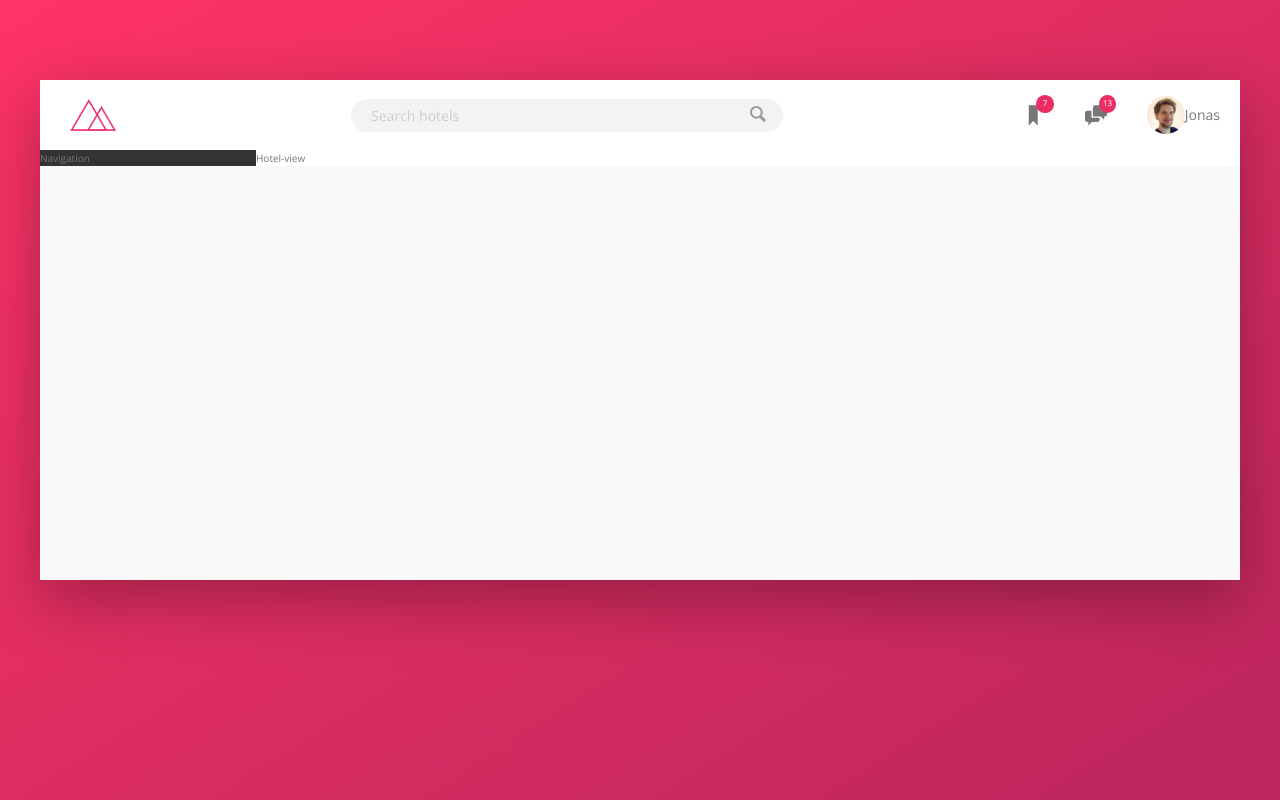
Repository: Lithium87/Trillo
Page: index.html
These files come from the project's save history. The page is drawn as it stood at one moment and after the next save; the edit follows.
The browser window is 1280 px wide. The pictures show the whole page.
The style sheet was rebuilt from its Sass, Less or Tailwind sources for each picture, by a compiler version that may differ from the author's.

Above is the page before, as saved 2020-05-15 20:51:56.

### index.html
<!DOCTYPE html>
<html lang="en">

<head>
    <meta charset="UTF-8">
    <meta name="viewport" content="width=device-width, initial-scale=1.0">

    <link href="https://fonts.googleapis.com/css?family=Open+Sans:300,400,600" rel="stylesheet">
    <link rel="stylesheet" href="css/style.css">
    <link rel="shortcut icon" type="image/png" href="img/favicon.png">

    <title>trillo &mdash; Your all-in-one booking app</title>
</head>

<body>
    <div class="container">
        <header class="header">
            <img src="img/logo.png" alt="Trillo logo" class="logo">
            <form action="#" class="search">
                <input type="text" class="search__input" placeholder="Search hotels">
                <button class="search__button">
                    <svg class="search__icon">
                        <use xlink:href="img/sprite.svg#icon-magnifying-glass"></use>
                    </svg>
                </button>
            </form>

            <nav class="user-nav">
                <div class="user-nav__icon-box">
                    <svg class="user-nav__icon">
                        <use xlink:href="img/sprite.svg#icon-bookmark"></use>
                    </svg>
                    <span class="user-nav__notification">7</span>
                </div>
                <div class="user-nav__icon-box">
                    <svg class="user-nav__icon">
                        <use xlink:href="img/sprite.svg#icon-chat"></use>
                    </svg>
                    <span class="user-nav__notification">13</span>
                </div>
                <div class="user-nav__user">
                    <img src="img/user.jpg" alt="User photo" class="user-nav__user-photo">
                    <span class="user-nav__user-name">Jonas</span>
                </div>
            </nav>
        </header>
        <div class="content">
            <nav class="sidebar">
                Navigation
            </nav>
            <main class="hotel-view">
                Hotel-view
            </main>
        </div>
    </div>
</body>

</html>

### sass/_base.scss
:root {
    --color-primary: #eb2f64;
    --color-primary-light: #FF3366;
    --color-primary-dark: #BA265D;
    --color-grey-light-1: #faf9f9;
    --color-grey-light-2: #f4f2f2;
    --color-grey-light-3: #f0eeee;
    --color-grey-light-4: #ccc;
    --color-grey-dark-1: #333;
    --color-grey-dark-2: #777;
    --color-grey-dark-3: #999;
    --shadow-dark: 0 2rem 6rem rgba(0, 0, 0, .3);
}

* {
    margin: 0;
    padding: 0;
}

*,
*::before,
*::after {
    box-sizing: inherit;
}

html {
    box-sizing: border-box;
    font-size: 62.5%; // 1rem = 10px
}

body {
    font-family: 'Open Sans', sans-serif;
    font-weight: 400;
    line-height: 1.6;
    color: var(--color-grey-dark-2);
    background-image: linear-gradient(to right bottom, var(--color-primary-light), var(--color-primary-dark));
    background-size: cover;
    background-repeat: no-repeat;
    min-height: 100vh;
}

### sass/_layout.scss
.container {
    max-width: 120rem;
    margin: 8rem auto;
    background-color: var(--color-grey-light-1);
    box-shadow: var(--shadow-dark);
    min-height: 50rem;
}

.header {
    font-size: 1.4rem;
    height: 7rem;
    background-color: #fff;
    border-bottom: var(--color-grey-light-2);
    display: flex;
    justify-content: space-between;
    align-items: center;
}

.content {
    display: flex;
}

.sidebar {
    background-color: var(--color-grey-dark-1);
    flex: 0 0 18%;
}

.hotel-view {
    background-color: #fff;
    flex: 1;
}

### sass/_components.scss
///////////////////////
//LOGO
.logo {
    height: 3.25rem;
    margin-left: 3rem;
}

///////////////////////
//SEARCH BOX
.search {
    flex: 0 0 40%;
    display: flex;
    align-items: center;
    justify-content: center;
    &__input {
        font-family: inherit;
        font-size: inherit;
        color: inherit;
        background-color: var(--color-grey-light-2);
        border: none;
        padding: .7rem 2rem;
        border-radius: 100px;
        width: 90%;
        transition: all .2s;
        margin-right: -3.5rem;
        &:focus {
            outline: none;
            width: 100%;
            background-color: var(--color-grey-light-3);
        }
        &::-webkit-input-placeholder {
            font-weight: 100;
            color: var(--color-grey-light-4);
        }
    }
    &__input:focus+&__button {
        background-color: var(--color-grey-light-3);
    }
    &__button {
        border: none;
        background-color: var(--color-grey-light-2);
        &:focus {
            outline: none;
        }
        &:active {
            transform: translateY(2px);
        }
    }
    &__icon {
        height: 2rem;
        width: 2rem;
        fill: var(--color-grey-dark-3);
    }
}

///////////////////////
//USER NAVIGATION
.user-nav {
    align-self: stretch;
    display: flex;
    align-items: center;
    &>* {
        padding: 0 2rem;
        cursor: pointer;
        height: 100%;
        display: flex;
        align-items: center;
    }
    &>*:hover {
        background-color: var(--color-grey-light-2);
    }
    &__icon-box {
        position: relative;
    }
    &__icon {
        height: 2.25rem;
        width: 2.25rem;
        fill: var(--color-grey-dark-2);
    }
    &__notification {
        font-size: .8rem;
        height: 1.75rem;
        width: 1.75rem;
        border-radius: 50%;
        background-color: var(--color-primary);
        color: #fff;
        position: absolute;
        top: 1.5rem;
        right: 1.1rem;
        display: flex;
        justify-content: center;
        align-items: center;
    }
    &__user {}
    &__user-photo {
        height: 3.75rem;
        border-radius: 50%;
    }
    &__user-name {}
}

Loaded but not shown: sass/main.scss (common file)

After the next save:
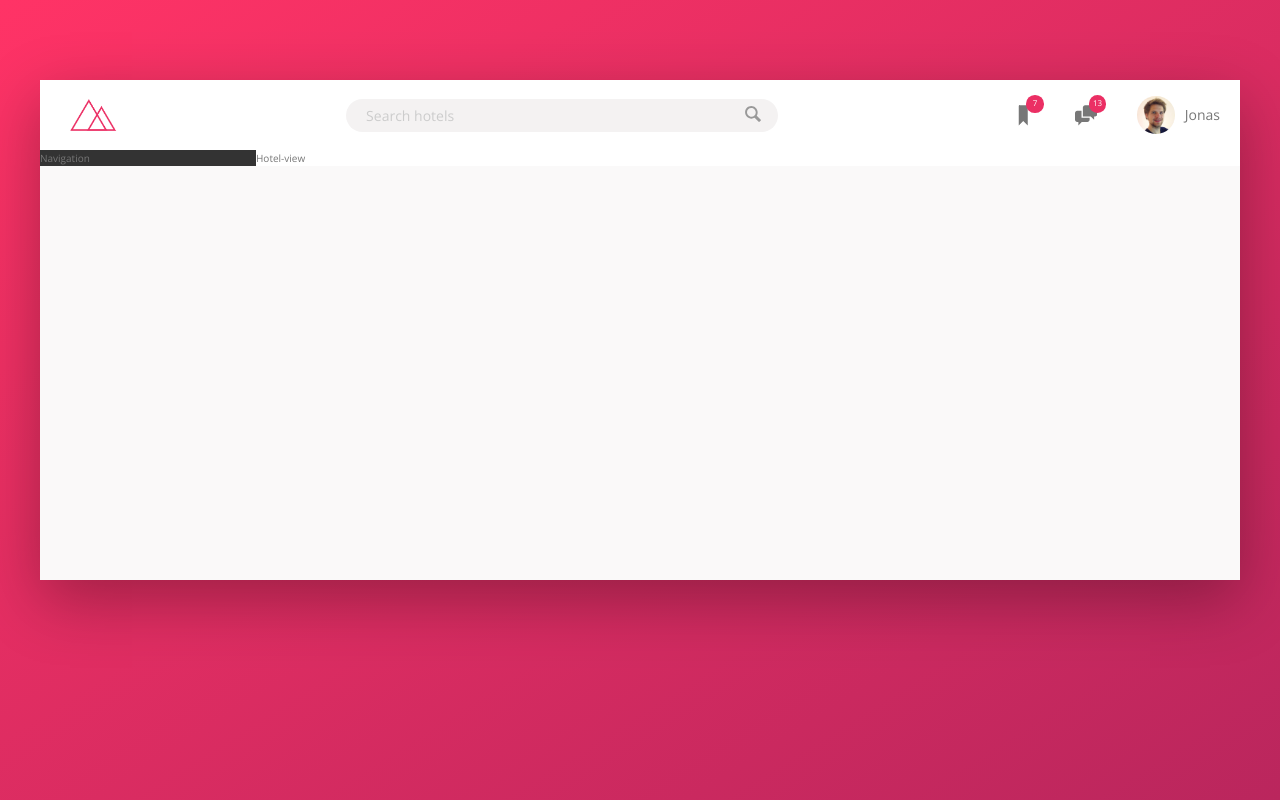
Saved 2 min 55 s later.
--- a/sass/_components.scss
+++ b/sass/_components.scss
@@ -91,10 +91,9 @@
         justify-content: center;
         align-items: center;
     }
-    &__user {}
     &__user-photo {
         height: 3.75rem;
         border-radius: 50%;
+        margin-right: 1rem;
     }
-    &__user-name {}
 }
